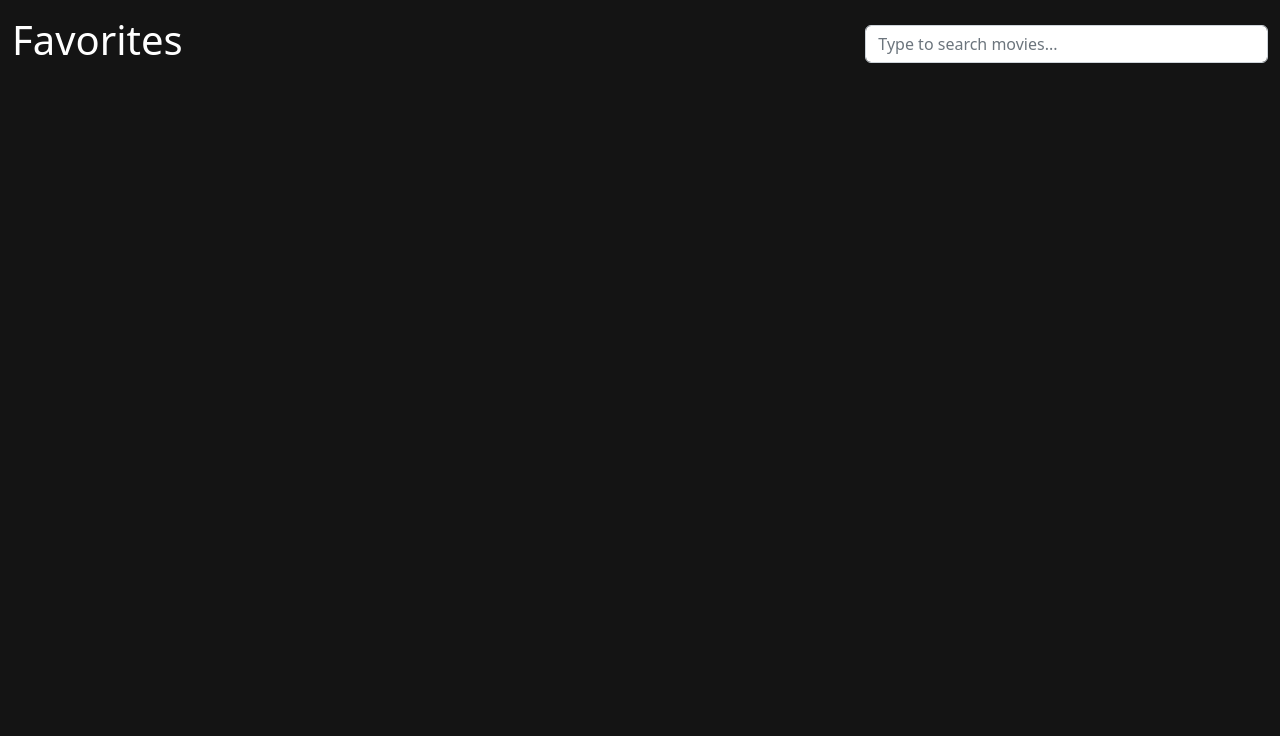
Repository: sandeepreddyvitta/react
Page: / (app in movieapp/)
An editor plug-in stored every save of this project. The page is shown before and after the next save, followed by the edit.
The browser window is 1280 px wide. The pictures show the whole page.
The page's requests for data from a server got no answer. The project was rebuilt for these pictures with package versions that can differ from the ones it lists, and the page was loaded fresh each time. No one was signed in, and anything a server would have sent is missing.

Above is the page before, as saved 2022-12-14 09:02:48.

After the next save:
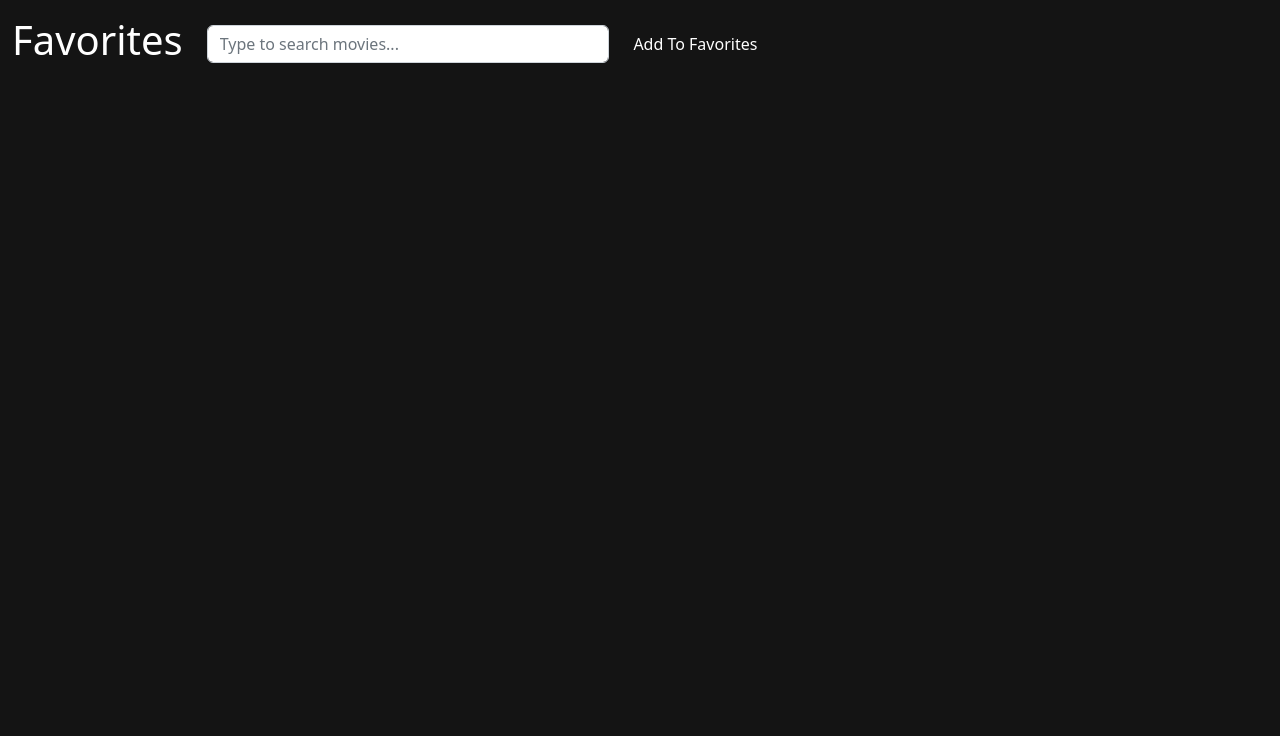
Saved 18 s later.
--- a/movieapp/src/App.js
+++ b/movieapp/src/App.js
@@ -6,6 +6,7 @@
 import SearchBar from './components/movie/SearchBar';
 import 'bootstrap/dist/css/bootstrap.min.css'
 import MovieListHead from './components/movie/MovieListHead';
+import Addfavourtie from './components/movie/Addfavourtie';
 
 function App() {
   const [movies, setMovies] = useState([]);
@@ -29,6 +30,7 @@
         <div className='row d-flex align-items-center mt-3 mb-5'>
           <MovieListHead heading="Favorites" />
           <SearchBar searchValue={searchValue} setSearchValue={setSearchValue} />
+          <Addfavourtie />
         </div>
         <div className='row'>
           <MovieList movies={movies} />

After the save that followed:
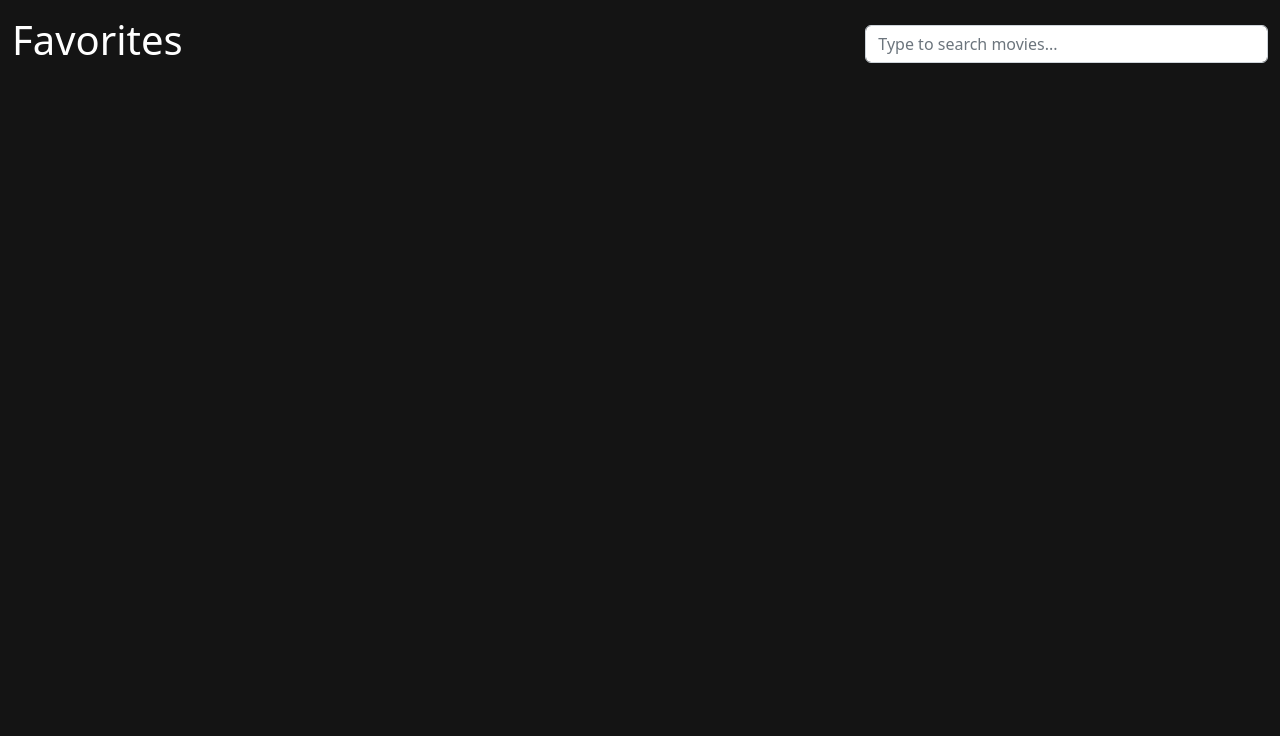
Saved 101 s later.
--- a/movieapp/src/App.js
+++ b/movieapp/src/App.js
@@ -30,10 +30,10 @@
         <div className='row d-flex align-items-center mt-3 mb-5'>
           <MovieListHead heading="Favorites" />
           <SearchBar searchValue={searchValue} setSearchValue={setSearchValue} />
-          <Addfavourtie />
         </div>
         <div className='row'>
-          <MovieList movies={movies} />
+          <MovieList movies={movies}
+          />
         </div>
       </div>
     </div>
